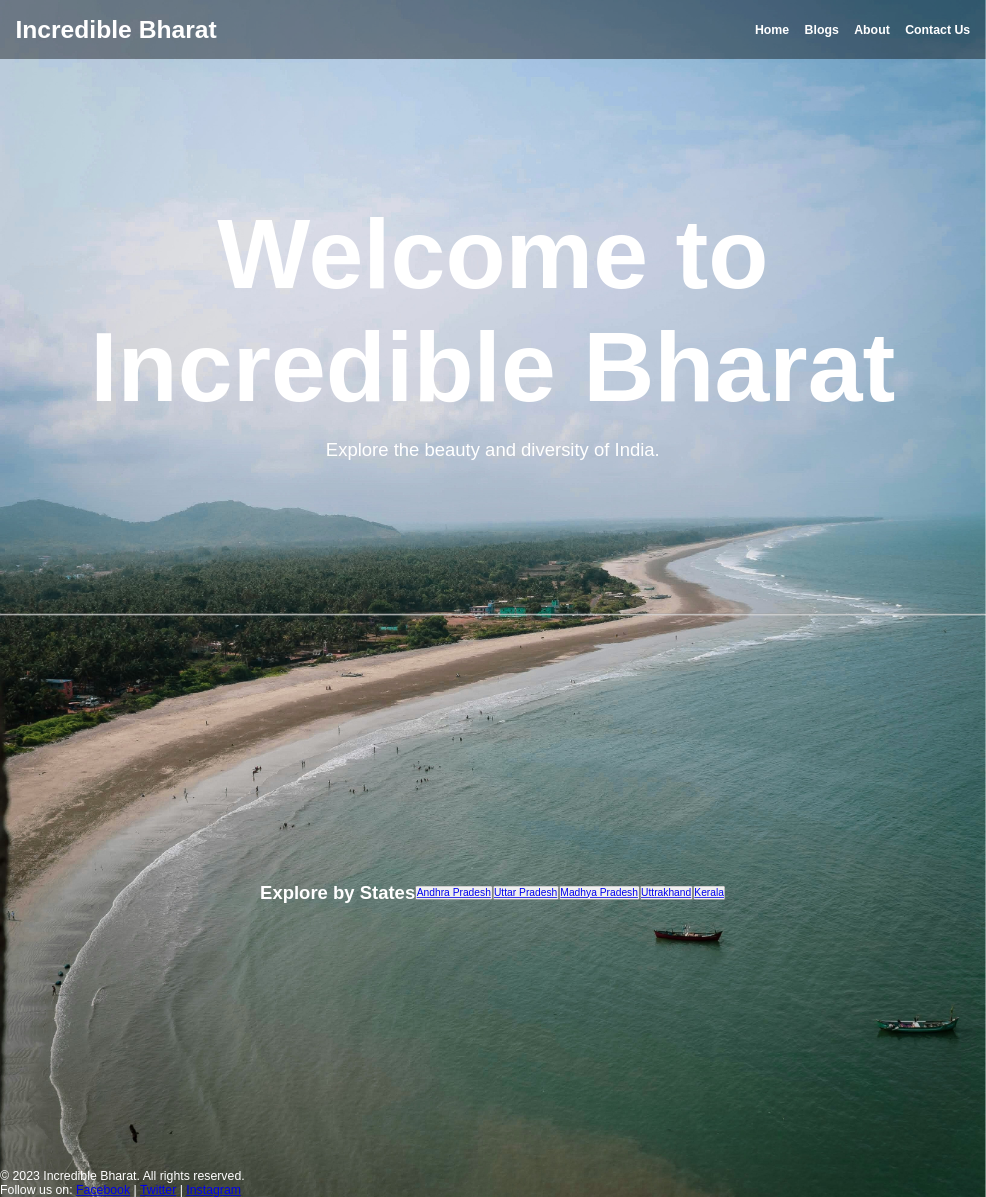
Repository: jaidhiman111/incrediblebharat
Page: index.html
These files come from the project's save history. The page is drawn as it stood at one moment and after the next save; the edit follows.
The browser window is 1280 px wide. The pictures show the whole page, at 77% of full size.

Above is the page before, as saved 2025-04-30 22:04:33.

After the next save:
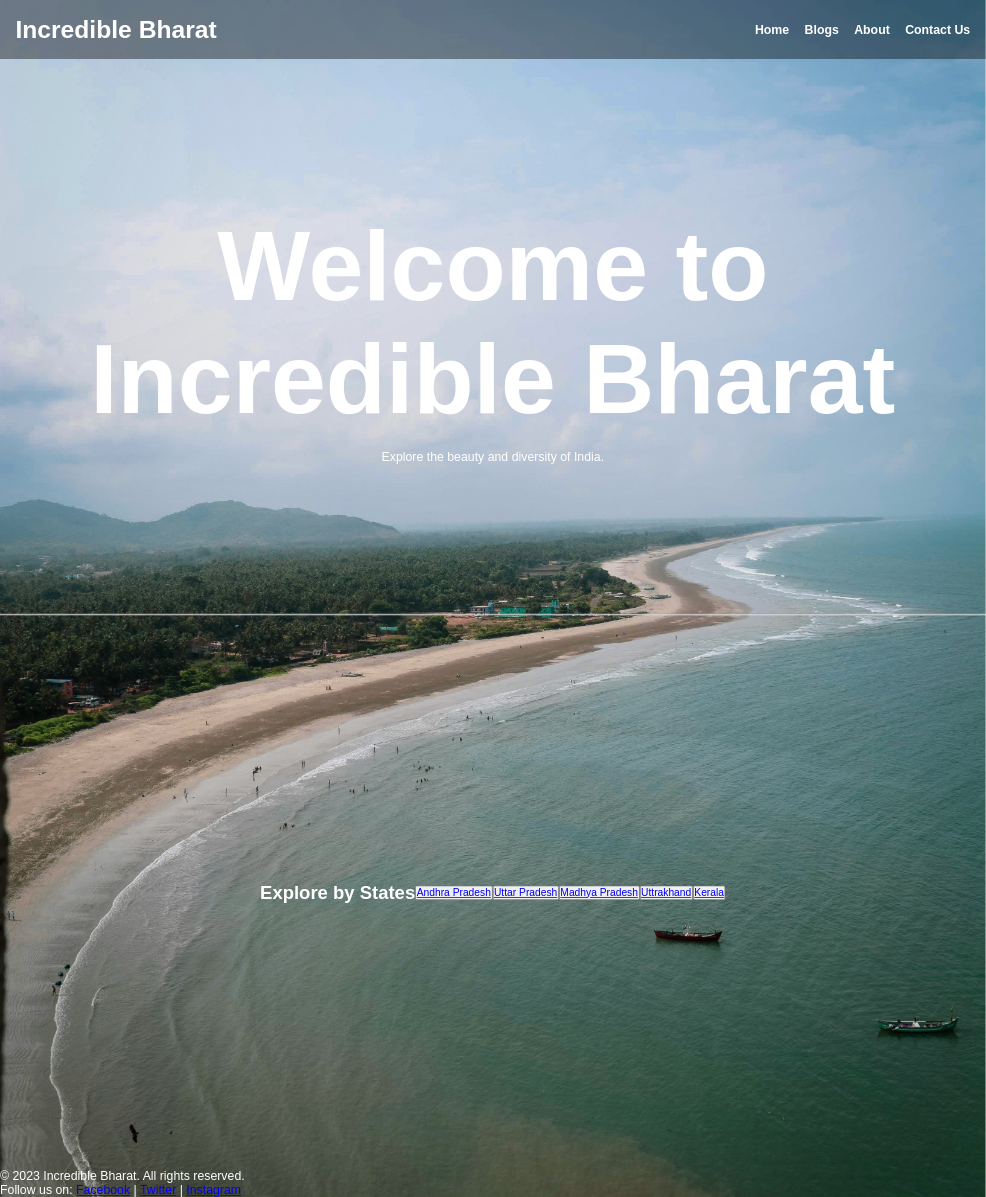
Saved 32 s later.
--- a/assets/style.css
+++ b/assets/style.css
@@ -56,7 +56,8 @@ a:hover {
     margin-bottom: 20px;
 }
 
-.hero-section p {
+.hero-section a {
+    text-decoration: none;
     font-size: 1.5rem;
     margin-bottom: 20px;
 }
